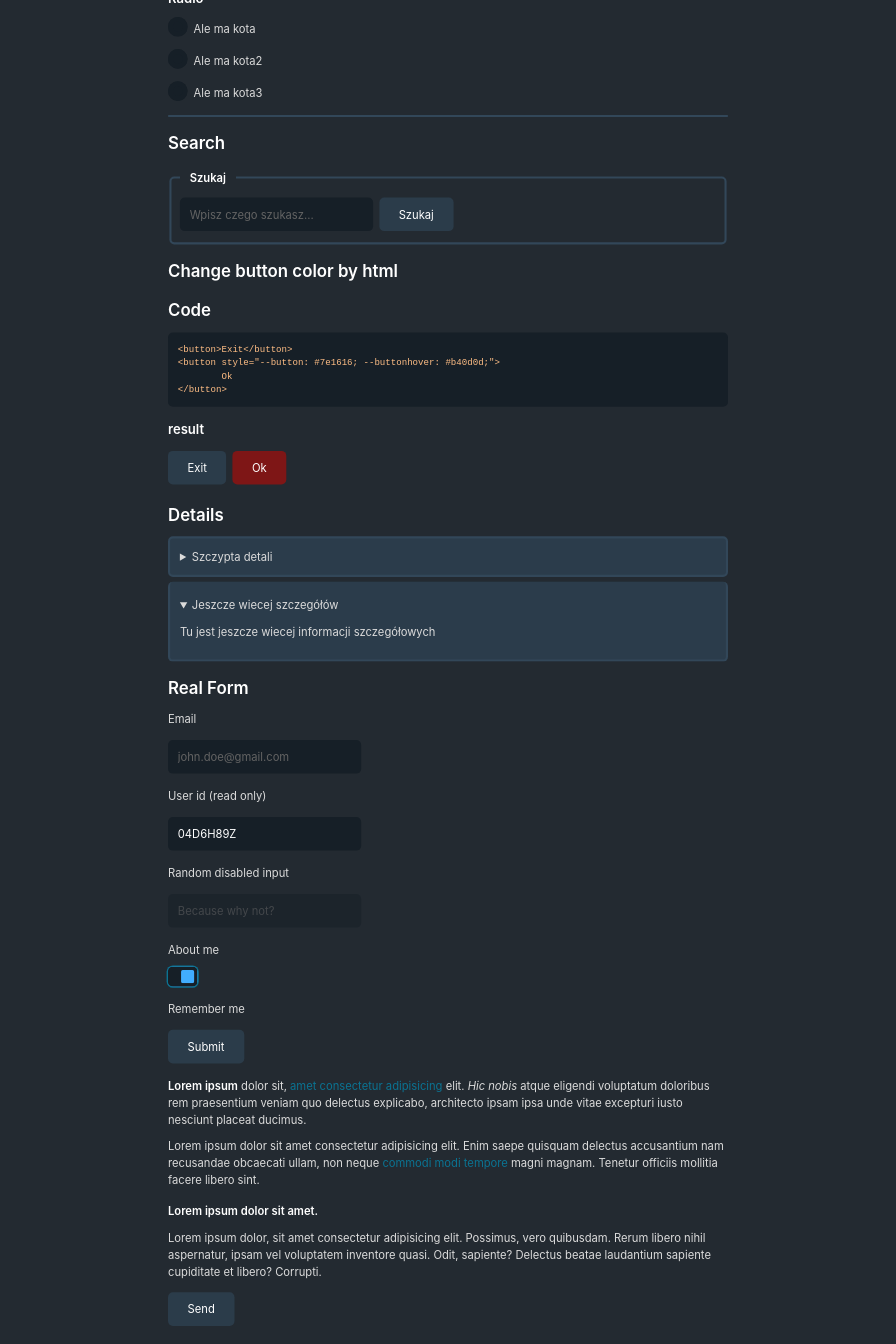
Repository: KozakBartosz/Draft
Page: index.html
An editor plug-in stored every save of this project. The page is shown before and after the next save, followed by the edit.
The browser window is 1280 px wide. The pictures show the part of the page from y = 2763 to 4683 px (the page is 4683 px tall before and 4669 px after), at 70% of full size.

Above is the page before, as saved 2019-04-12 08:48:40.

### index.html
<!DOCTYPE html>
<html lang="en">
	<head>
		<meta charset="UTF-8" />
		<meta name="viewport" content="width=device-width, initial-scale=1.0" />
		<meta http-equiv="X-UA-Compatible" content="ie=edge" />
		<title>Draft.css</title>
		<link rel="stylesheet" href="draft.css" />
	</head>
	<body>
		<h1><input type="checkbox" checked="checked" /> Draft.css</h1>
		<div style="float: right">
			Thema:
			<select name="" id="changethema">
				<option value="0">Defult</option>
				<option value="1">Defult mini</option>
				<option value="2">Light</option>
				<option value="3">Blood</option>
				<option value="4">Matrix</option>
			</select>
		</div>
		<h1>The most simple css framwork</h1>
		<h2>What is draft.css</h2>
		<p>
			Framwork is targeted at quickly creating prototypes of forms and
			simple template. Designed to written html code looked beautiful and
			did not require any class and non-standard elements.
		</p>
		<h2>How use</h2>
		<p>All you have to do is add this code to the head section:</p>

		<pre><code>&lt;link rel="stylesheet" href="https://kozakbartosz.pl/draft/def.css" /&gt;</code></pre>

		<h1>Examples:</h1>

		<h3>Code:</h3>

		<pre><code>&lt;label&gt;<br />&nbsp; &nbsp; Normal text: &lt;input type="text" placeholder="placeholder..." /&gt;<br />&lt;/label&gt;<br />&lt;label&gt;<br />&nbsp; &nbsp; Inpit number: &lt;input type="number" value="1"/&gt;<br />&lt;/label&gt;<br />Data:<br />&lt;p&gt;<br />&nbsp; &nbsp; &lt;input type="date" /&gt;<br />&nbsp; &nbsp; &lt;input type="time" /&gt;<br />&lt;/p&gt;<br />Commodi:<br />&lt;label&gt;<br />&nbsp; &nbsp; &lt;input type="checkbox" /&gt; facilis non?<br />&lt;/label&gt;</code></pre>
		<h3>Result:</h3>
		<label>
			Normal text
			<input type="text" placeholder="placeholder..." />
		</label>
		<label>
			Inpit number
			<input type="number" value="1" />
		</label>
		Data:
		<p>
			<input type="date" />
			<input type="time" />
		</p>
		Commodi:
		<label> <input type="checkbox" /> facilis non? </label>

		<hr />

		<h3>Code:</h3>
		<pre><code>// This logs a message to the console<br />console.log('Hello,world!')</code></pre>

		<h2>Forms</h2>

		<ul>
			<li>Lorem, ipsum dolor.</li>
			<li>Commodi, aut ipsa.</li>
			<li>Dignissimos, quibusdam nobis?</li>
			<li>Quae, in praesentium.</li>
			<li>Aut, facilis non?</li>
		</ul>
		<ol>
			<li>Lorem, ipsum dolor.</li>
			<li>Commodi, aut ipsa.</li>
			<li>Dignissimos, quibusdam nobis?</li>
			<li>Quae, in praesentium.</li>
			<li>Aut, facilis non?</li>
		</ol>
		<textarea
			name="about"
			id="about"
			placeholder="I am a textarea..."
			rows="6"
		></textarea>
		<h2>Lorem ipsum dolor sit amet.</h2>
		<label>
			Normal text
			<input type="text" />
		</label>
		<label>
			Inpit number <input type="number" / value="1">
		</label>
		Data:
		<p>
			<input type="date" />
			<input type="time" />
		</p>
		<label>
			Nazwa:
			<select name="" id="">
				<option value="">Wybierz</option>
				<option value="">jeden</option>
				<option value="">dwa</option>
				<option value="">trzy</option>
			</select>
		</label>

		<table>
			<tr>
				<th>lorem</th>
				<th>lorem</th>
				<th>lorem</th>
			</tr>
			<tr>
				<td>lorem</td>
				<td>lorem</td>
				<td>lorem</td>
			</tr>
			<tr>
				<td>lorem</td>
				<td>lorem</td>
				<td>lorem</td>
			</tr>
		</table>

		<h3>Checkbox</h3>
		<label> <input type="checkbox" /> Ale ma kota </label>

		<label> <input type="checkbox" /> Ale ma kota2 </label>

		<label> <input type="checkbox" /> Ale ma kota3 </label>

		<h3>Radio</h3>
		<label> <input type="radio" name="radio" /> Ale ma kota </label>
		<label> <input type="radio" name="radio" /> Ale ma kota2 </label>
		<label> <input type="radio" name="radio" /> Ale ma kota3 </label>

		<hr />

		<h2>Search</h2>

		<fieldset class="search">
			<legend>Szukaj</legend>
			<form action="produkty,szukaj" method="get">
				<input
					type="text"
					name="q"
					placeholder="Wpisz czego szukasz..."
				/>
				<button>Szukaj</button>
			</form>
		</fieldset>

		<h2>Change button color by html</h2>

		<h2>Code</h2>
		<pre><code>&lt;button&gt;Exit&lt;/button&gt;<br>&lt;button style="--button: #7e1616; --buttonhover: #b40d0d;"&gt;
	Ok<br>&lt;/button&gt;</code></pre>

		<h3>result</h3>
		<button>Exit</button>
		<button style="--button: #7e1616; --buttonhover: #b40d0d;">
			Ok
		</button>

		<h2>Details</h2>

		<details>
			<summary>Szczypta detali</summary>
			<p>Informacje szczegółowe na dany temat.</p>
		</details>

		<details open>
			<summary>Jeszcze wiecej szczegółów</summary>
			<p>Tu jest jeszcze wiecej informacji szczegółowych</p>
		</details>

		<h2>Real Form</h2>

		<form>
			<label for="email">Email</label>
			<input
				type="email"
				name="email"
				id="email"
				placeholder="john.doe@gmail.com"
			/>

			<label for="id">User id (read only)</label>
			<input readonly="" name="id" id="id" value="04D6H89Z" />

			<label for="disabled">Random disabled input</label>
			<input
				disabled=""
				name="disabled"
				id="disabled"
				placeholder="Because why not?"
			/>

			<label for="about">About me</label>

			<input type="checkbox" name="remember" id="remember" checked="" />
			<label for="remember">Remember me</label>

			<input type="submit" />
		</form>

		<p>
			<strong>Lorem ipsum</strong> dolor sit,
			<a href="">amet consectetur adipisicing</a> elit.
			<i>Hic nobis</i> atque eligendi voluptatum doloribus rem praesentium
			veniam quo delectus explicabo, architecto ipsam ipsa unde vitae
			excepturi iusto nesciunt placeat ducimus.
		</p>
		<p>
			Lorem ipsum dolor sit amet consectetur adipisicing elit. Enim saepe
			quisquam delectus accusantium nam recusandae obcaecati ullam, non
			neque <a href="">commodi modi tempore </a>magni magnam. Tenetur
			officiis mollitia facere libero sint.
		</p>
		<h4>Lorem ipsum dolor sit amet.</h4>
		<p>
			Lorem ipsum dolor, sit amet consectetur adipisicing elit. Possimus,
			vero quibusdam. Rerum libero nihil aspernatur, ipsam vel voluptatem
			inventore quasi. Odit, sapiente? Delectus beatae laudantium sapiente
			cupiditate et libero? Corrupti.
		</p>

		<button>Send</button>
		<script>
			var themes = [
				[
					{ brand: "#41adff" },
					{ mainbg: "#232a31" },
					{ mainpaddng: "14px" },
					{ radius: "7px" },

					{ low: "#161f27" },
					{ like: "#2b3c4b" },
					{ midi: "#324759" },
					{ hight: "#0b7392" },

					{ text: "#dbdbdb" },
					{ textContrast: "#fff" },

					{ code: "#ffbe85" },

					{ button: "#2b3c4a" },
					{ buttonhover: "#334a5e" },
					{ buttontext: "#fff" },

					{ fillhover: "#1b2731" }
				],
				[
					{ brand: "#41adff" },
					{ mainbg: "#232a31" },
					{ mainpaddng: "12px" },
					{ radius: "12px" },

					{ low: "#161f27" },
					{ like: "#2b3c4b" },
					{ midi: "#324759" },
					{ hight: "#0b7392" },

					{ text: "#dbdbdb" },
					{ textContrast: "#fff" },

					{ code: "#ffbe85" },

					{ button: "#2b3c4a" },
					{ buttonhover: "#334a5e" },
					{ buttontext: "#fff" },

					{ fillhover: "#1b2731" }
				],
				[
					{ brand: "#41adff" },
					{ mainbg: "#ffffff" },
					{ mainpaddng: "14px" },
					{ radius: "7px" },

					{ low: "#e8f1fa" },
					{ like: "#cfe2f7" },
					{ midi: "#b2cee7" },
					{ hight: "#1db5e4" },

					{ text: "#3f4646" },
					{ textContrast: "#1a1f1f" },

					{ code: "#20595f" },

					{ button: "#3dcca1" },
					{ buttonhover: "#34e0ad" },
					{ buttontext: "#fff" },

					{ fillhover: "#e8f5ff" }
				],
				[
					{ mainpaddng: "18px" },
					{ radius: "3px" },
					{ brand: "#c21a1a" },
					{ mainbg: "#312323" },

					{ code: "#ffbe85" },

					{ text: "#dbdbdb" },
					{ textContrast: "#fff" },

					{ button: "#4a2b2b" },
					{ buttonhover: "#5e3333" },
					{ buttontext: "#fff" },

					{ fillhover: "#311b1b" },

					{ low: "#271616" },
					{ like: "#4b2b2b" },
					{ midi: "#593232" },
					{ hight: "#800f0f" }
				],
				[
					{ mainpaddng: "11px" },
					{ radius: "13px" },
					{ brand: "#1ac260" },
					{ mainbg: "#233126" },

					{ code: "#c0ff85" },

					{ text: "#dbdbdb" },
					{ textContrast: "#fff" },

					{ button: "#324a2b" },
					{ buttonhover: "#385e33" },
					{ buttontext: "#fff" },

					{ fillhover: "#1b3122" },

					{ low: "#162717" },
					{ like: "#2b4b2e" },
					{ midi: "#32593f" },
					{ hight: "#0f803a" }
				]
			];

			let changethema = document.getElementById("changethema");
			let root = document.documentElement;
			changethema.addEventListener("change", e => {
				console.log(e);
				var theme = themes[e.target.value];
				theme.forEach(element => {
					var k = Object.keys(element)[0];
					root.style.setProperty("--" + k, element[k]);
				});
			});
		</script>
	</body>
</html>

### draft.css
/* TO DO */
/* <details> */
:root {
	--brand: #41adff;
	--mainbg: #232a31;
	--mainpaddng: 14px;
	--radius: 7px;

	--low: #161f27;
	--like: #2b3c4b;
	--midi: #324759;
	--hight: #0b7392;

	--text: #dbdbdb;
	--textContrast: #fff;

	--code: #ffbe85;

	--button: #2b3c4a;
	--buttonhover: #334a5e;
	--buttontext: #fff;

	--fillhover: #1b2731;
}
/*
:root {
	--brand: #41adff;
	--mainbg: #ffffff;
	--mainpaddng: 14px;
	--radius: 7px;

	--low: #e8f1fa;
	--like: #cfe2f7;
	--midi: #b2cee7;
	--hight: #1db5e4;

	--text: #3f4646;
	--textContrast: #1a1f1f;

	--code: #20595f;

	--button: #3dcca1;
	--buttonhover: #34e0ad;
	--buttontext: #fff;

	--fillhover: #e8f5ff;
} */

/* :root {
	--mainpaddng: 18px;
	--radius: 3px;
	--brand: #c21a1a;
	--mainbg: #312323;

	--code: #ffbe85;

	--text: #dbdbdb;
	--textContrast: #fff;

	--button: #4a2b2b;
	--buttonhover: #5e3333;
	--buttontext: #fff;

	--fillhover: #311b1b;

	--low: #271616;
	--like: #4b2b2b;
	--midi: #593232;
	--hight: #800f0f;
} */

/* :root {
	--mainpaddng: 11px;
	--radius: 13px;
	--brand: #1ac260;
	--mainbg: #233126;

	--code: #c0ff85;

	--text: #dbdbdb;
	--textContrast: #fff;

	--button: #324a2b;
	--buttonhover: #385e33;
	--buttontext: #fff;

	--fillhover: #1b3122;

	--low: #162717;
	--like: #2b4b2e;
	--midi: #32593f;
	--hight: #0f803a;
} */
body {
	font-family: -apple-system, BlinkMacSystemFont, "Segoe UI", "Roboto",
		"Oxygen", "Ubuntu", "Cantarell", "Fira Sans", "Droid Sans",
		"Helvetica Neue", sans-serif;
	line-height: 1.5;
	max-width: 800px;
	margin: 20px auto;
	padding: 0 var(--mainpaddng);
	color: var(--text);
	background: var(--mainbg);
	text-rendering: optimizeLegibility;
}

label {
	display: block;
}

button,
input,
textarea {
	vertical-align: middle;
	transition: background-color 0.2s ease, box-shadow 0.2s ease,
		transform 0.2s ease;
}
h1 {
	font-size: 2.2em;
	margin-top: 0;
}
h1,
h2,
h3,
h4,
h5,
h6 {
	margin-bottom: 12px;
}
h1,
h2,
h3,
h4,
h5,
h6,
strong {
	color: var(--textContrast);
	font-weight: 600;
}
button,
input[type="submit"],
input[type="button"],
input[type="checkbox"],
input[type="radio"] {
	cursor: pointer;
	display: inline-block;
}

input,
select,
button,
textarea {
	/* display: block; */
	color: var(--textContrast);
	background-color: var(--low);
	font-family: inherit;
	font-size: inherit;
	margin: 4px 4px 6px 0;
	padding: var(--mainpaddng);
	border: none;
	border-radius: var(--radius);
	outline: none;
	-webkit-appearance: none;
}
input[type="number"] {
	max-width: calc(var(--mainpaddng) * 5);
}

button:hover,
input:hover,
select:hover,
textarea:hover,
textarea:hover {
	background-color: var(--fillhover);
}

label > input,
label > select {
	display: block;
}

textarea {
	margin-right: 0;
	width: 100%;
	box-sizing: border-box;
	resize: vertical;
}
button,
input[type="submit"],
input[type="button"] {
	color: var(--buttontext);
	background-color: var(--button);
	padding: var(--mainpaddng) calc(var(--mainpaddng) * 2);
}

select {
	padding-right: calc(var(--mainpaddng) * 3);
	background: var(--low)
		url("data:[embedded picture, 198 characters]")
		100% 50%/27px 7px no-repeat;
}

input:focus,
select:focus,
button:focus,
textarea:focus {
	background-color: var(--fillhover);
	box-shadow: 0 0 0 2px var(--hight);
}

button:focus,
input[type="submit"]:focus,
input[type="button"]:focus {
	background-color: var(--buttonhover);
}

button:hover,
input[type="submit"]:hover,
input[type="button"]:hover {
	background-color: var(--buttonhover);
	box-shadow: 0 5px 20px -5px rgba(0, 0, 0, 0.35), 0 3px 0 0 var(--button);
	transform: translateY(-3px);
}
button:active {
	transform: translateY(0px);
	box-shadow: 0 5px 20px -5px rgba(0, 0, 0, 0.35);
}

input:disabled {
	cursor: not-allowed;
	opacity: 0.5;
}

input[type="radio"],
input[type="checkbox"] {
	margin-top: -2px;
	transition: background-color 0.25s ease,
		box-shadow 0.25s cubic-bezier(0.53, 1.59, 0.51, 1);
}
input[type="checkbox"] {
	background-color: var(--like);
	width: calc(var(--mainpaddng) * 3);
	box-shadow: calc(var(--mainpaddng) * -1) 0 0 calc(var(--mainpaddng) / 3)
			var(--low) inset,
		0 0 0 calc(var(--mainpaddng) / 3) var(--low) inset;
}
input[type="checkbox"]:hover,
input[type="radio"]:hover {
	background-color: var(--midi);
}
input[type="checkbox"]:focus {
	box-shadow: calc(var(--mainpaddng) * -1) 0 0 calc(var(--mainpaddng) / 3)
			var(--low) inset,
		0 0 0 calc(var(--mainpaddng) / 3) var(--low) inset,
		0 0 0 2px var(--hight);
}

input[type="radio"] {
	border-radius: 100%;
	box-shadow: 0 0 0 calc(var(--mainpaddng) / 2) var(--low) inset;
}
input[type="checkbox"]:checked,
input[type="radio"]:checked {
	box-shadow: 0 0 0 calc(var(--mainpaddng) / 3) var(--low) inset,
		0 0 0 2px var(--hight), 0 0 0 1px var(--low);
	background-color: var(--brand);
}

input[type="checkbox"]:checked {
	box-shadow: var(--mainpaddng) 0 0 calc(var(--mainpaddng) / 3) var(--low)
			inset,
		0 0 0 calc(var(--mainpaddng) / 3) var(--low) inset,
		0 0 0 2px var(--hight);
}

::placeholder {
	color: #636363;
}
a {
	text-decoration: none;
	color: var(--hight);
}
a:hover {
	text-decoration: underline;
	color: var(--brand);
}
ul,
ol,
label,
code,
p {
	margin: var(--mainpaddng) 0;
}

code,
kbd {
	background: var(--low);
	color: var(--code);
	padding: var(--mainpaddng);
	border-radius: var(--radius);
}
/* pre {
	margin: 0 calc(var(--mainpaddng) * -1);
} */
pre > code {
	display: block;
	overflow-x: auto;
}
img {
	max-width: 100%;
}
hr {
	margin: var(--mainpaddng) 0;
	border: none;
	height: 3px;
	border-radius: calc(var(--radius) / 6);
	background: var(--midi);
}
fieldset {
	border: 3px solid var(--midi);
	border-radius: var(--radius);
}
fieldset > legend {
	font-weight: 600;
	color: var(--textContrast);
	padding: calc(var(--mainpaddng) / 2) calc(var(--mainpaddng));
}

details {
	padding: var(--mainpaddng);
	border: 3px solid var(--midi);
	border-radius: var(--radius);
	background: var(--like);
}
details + details {
	margin-top: var(--radius);
	padding-top: calc(var(--mainpaddng) + var(--radius));
	border-top: none;
}

table {
	/* border-collapse: collapse; */
	margin: var(--mainpaddng) -2px;
	border-radius: calc(var(--radius) + 4px);
	width: calc(100% + 4px);
	overflow: hidden;
	border-spacing: 2px;
}
td,
th {
	padding: var(--mainpaddng);
	background: var(--low);
}
th {
	border-bottom: 3px solid var(--midi);
	color: var(--textContrast);
}
tr:hover td,
tr:hover th {
	background-color: var(--fillhover);
}

After the next save:
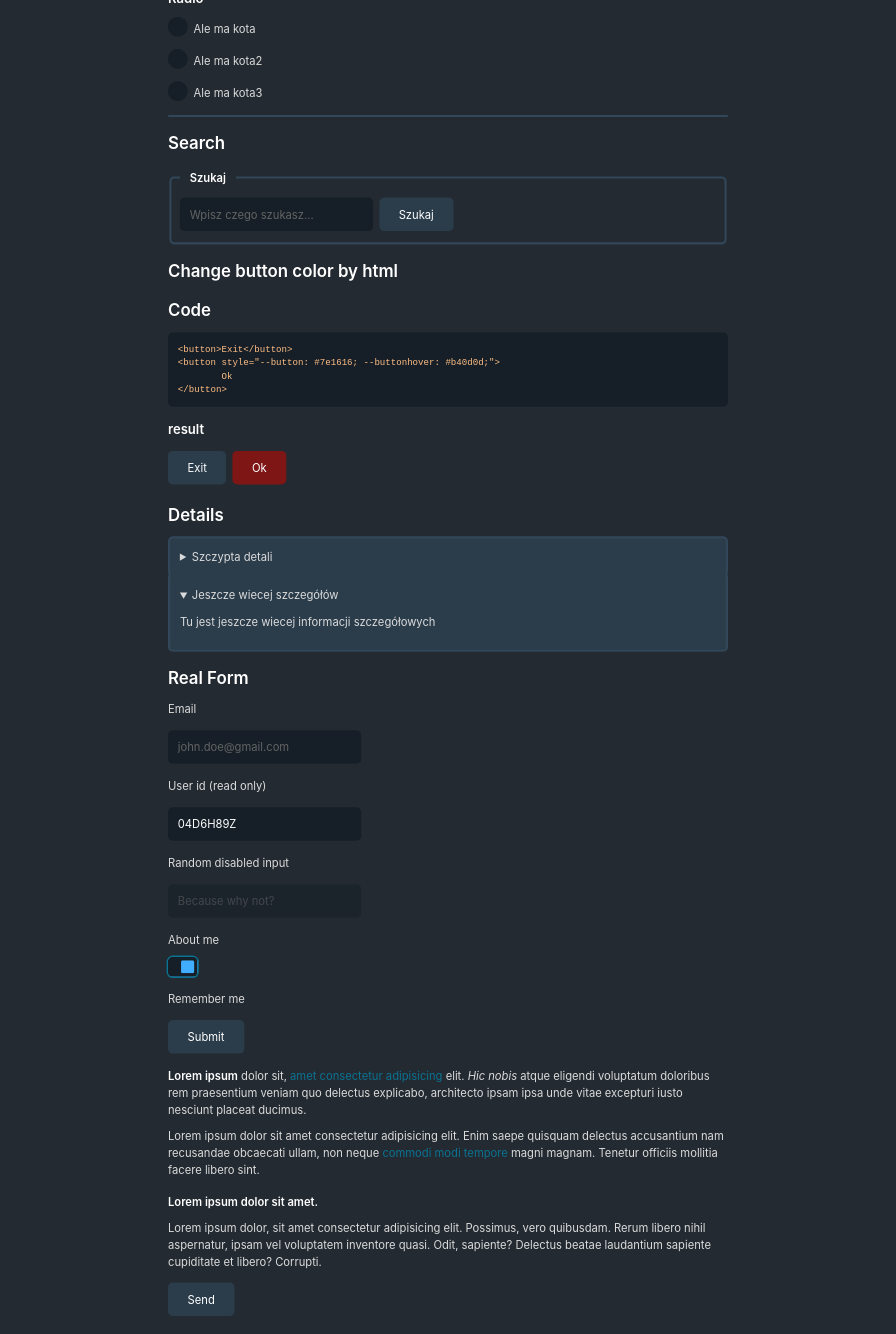
Saved 14 s later.
--- a/draft.css
+++ b/draft.css
@@ -333,7 +333,7 @@ details {
 	background: var(--like);
 }
 details + details {
-	margin-top: var(--radius);
+	margin-top: calc(var(--radius) * -1);
 	padding-top: calc(var(--mainpaddng) + var(--radius));
 	border-top: none;
 }
